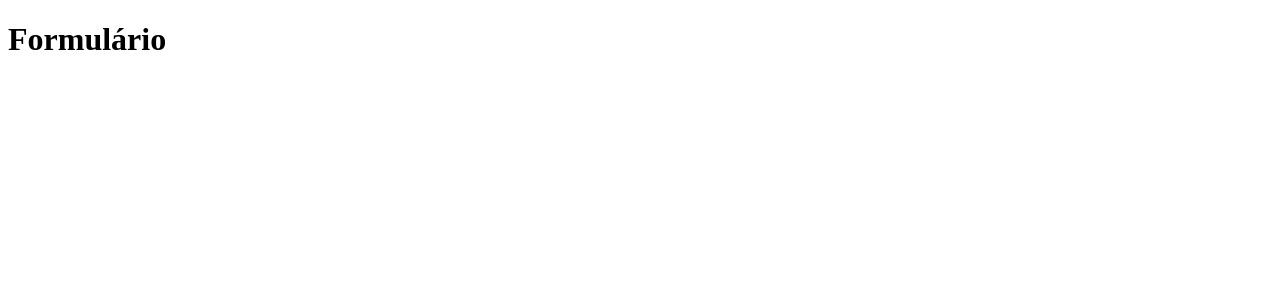
Repository: GabrielRicco/Curso-Java
Page: exercicios-sb/src/main/resources/static/formulario.html
These files come from the project's save history. The page is drawn as it stood at one moment and after the next save; the edit follows.
The browser window is 1280 px wide. The pictures show the whole page.

Above is the page before, as saved 2023-10-19 11:40:33.

### exercicios-sb/src/main/resources/static/formulario.html
<!DOCTYPE html>
<html>
<head>
<meta charset="UTF-8">
<title>Formulário</title>
</head>
<body>
	<h1>Formulário</h1>
</body>
</html>

After the next save:
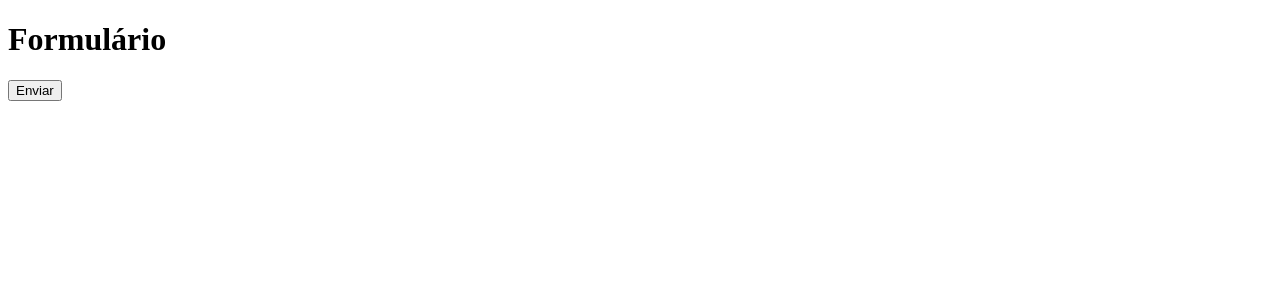
Saved 18 s later.
--- a/exercicios-sb/src/main/resources/static/formulario.html
+++ b/exercicios-sb/src/main/resources/static/formulario.html
@@ -6,5 +6,9 @@
 </head>
 <body>
 	<h1>Formulário</h1>
+
+	<form>
+		<button>Enviar</button>
+	</form>
 </body>
 </html>
